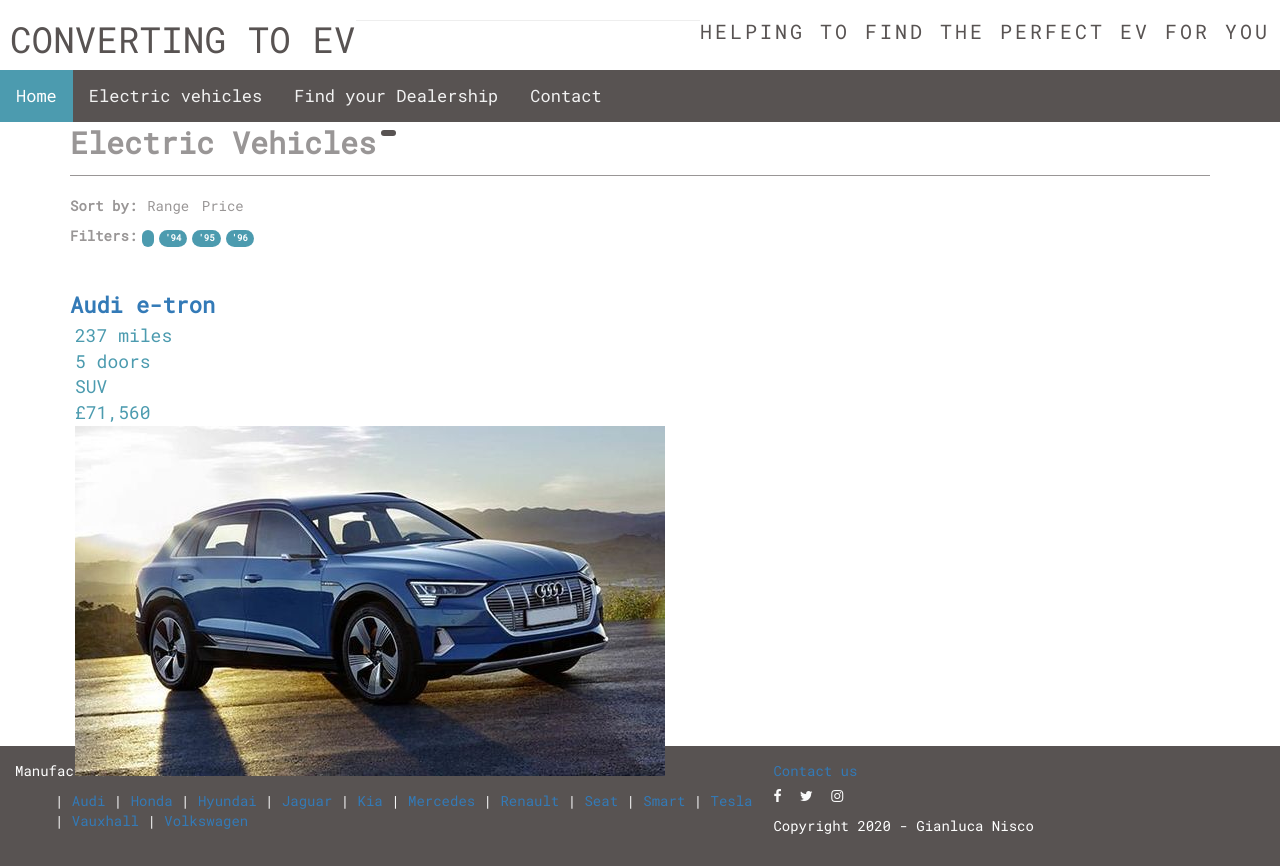
Repository: gnisco/project-2
Page: electric-vehicles.html
The author's editor kept a record of every edit. The page is drawn from the files as they stood at one moment, then again after the next edit.
The browser window is 1280 px wide. The pictures show the whole page.
Some web libraries are served in a nearby version.

Above is the page before.

After the next edit:
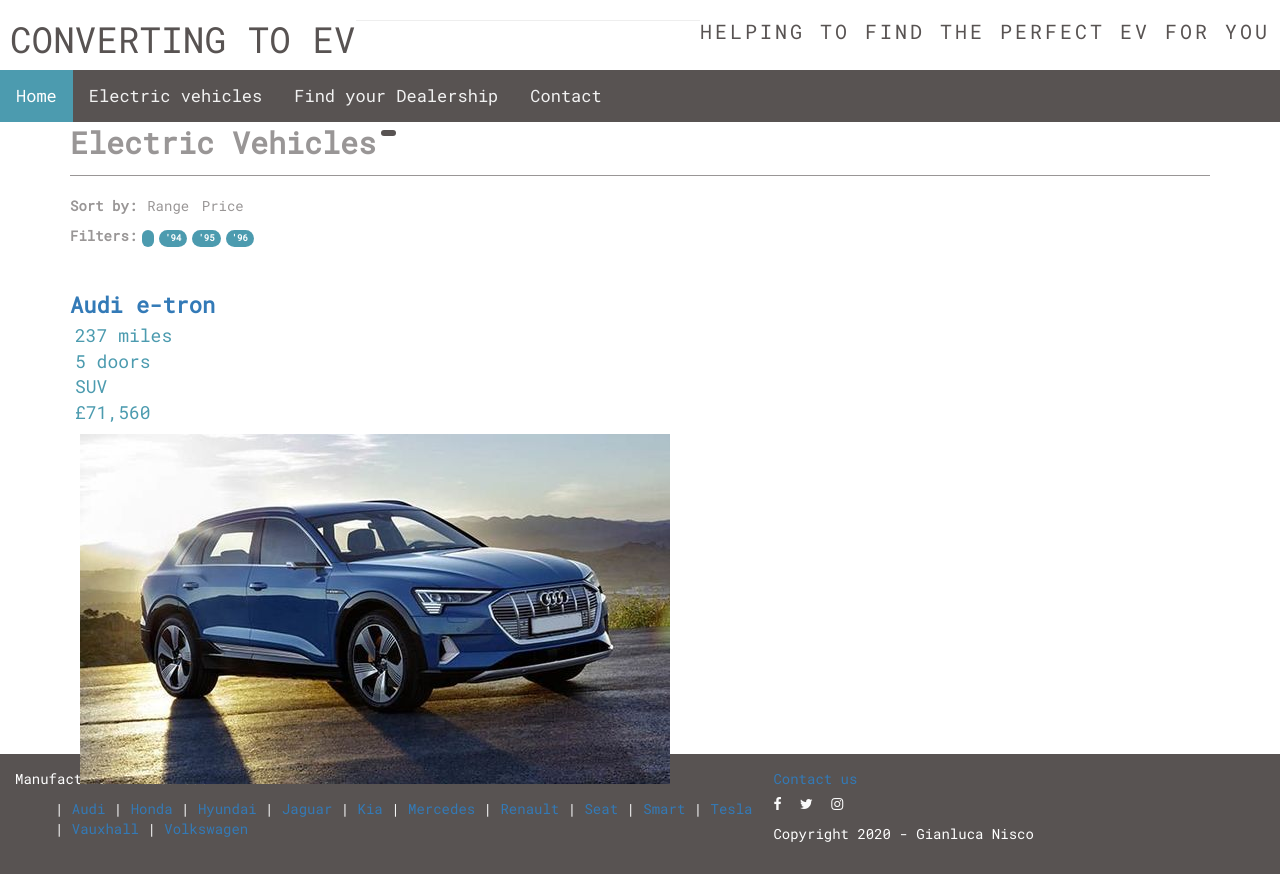
The edit:
--- a/assets/css/style.css
+++ b/assets/css/style.css
@@ -321,6 +321,12 @@
   content: '·';
   padding-left: .5rem;
   display: inline-block;
+}
+
+img {
+  margin-top: 8.5px;
+  margin-left: 5px;
+  display: inline
 }
 
 .controls {
